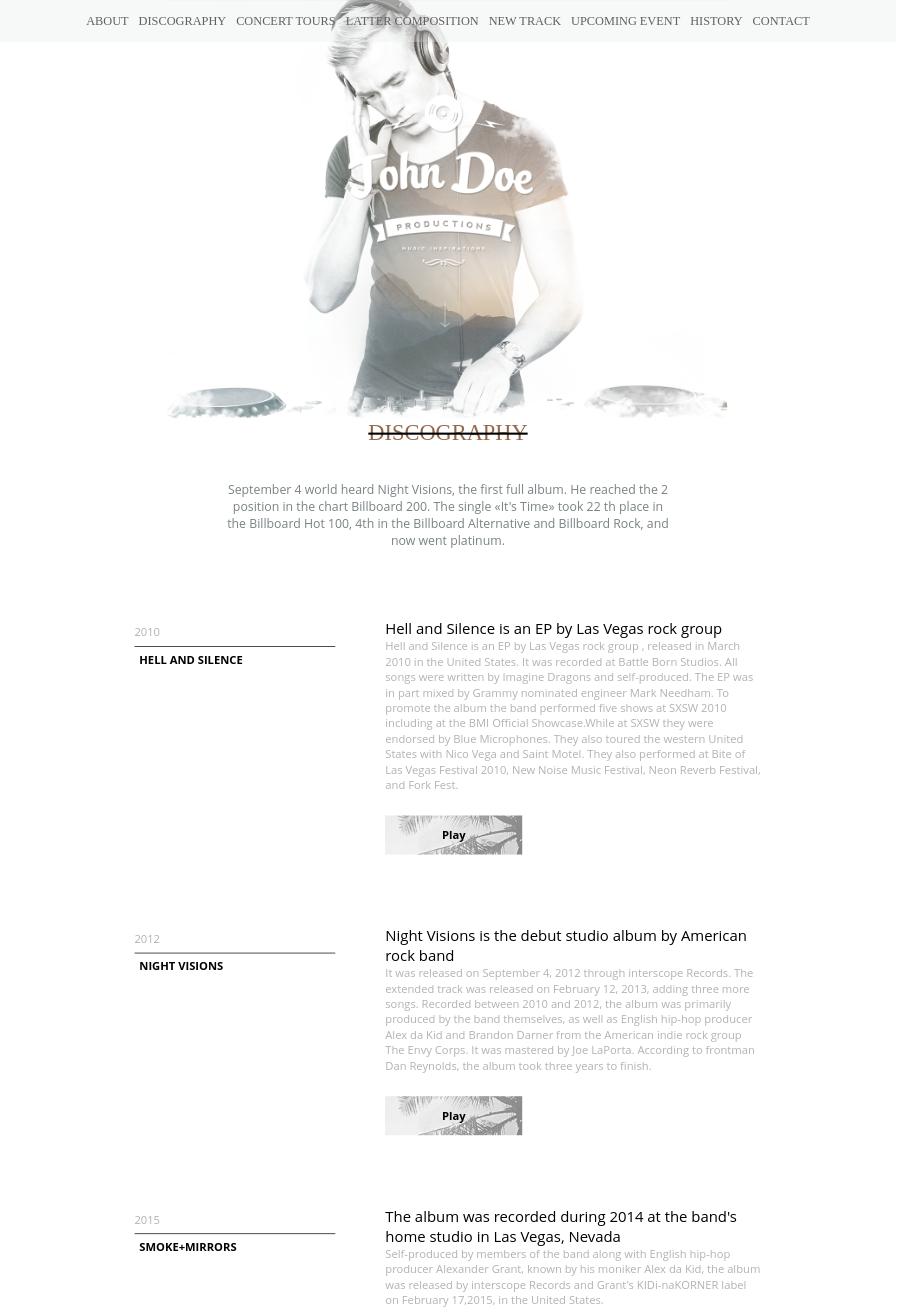
Repository: supsun7/Lab1_Update
Page: index.html
The author's editor kept a record of every edit. The page is drawn from the files as they stood at one moment, then again after the next edit.
The browser window is 1280 px wide. The page is 1282 px wide, then 1280 px, then 1282 px, so the pictures cover 1282 px, including what lies to the right of the window. The pictures show the part of the page from y = 0 to 1880 px (the page is 9707 px tall before and 10247 px after), at 70% of full size.
Some web fonts or font styles are not loaded; a fallback is used. Some web libraries are served in a nearby version.

Above is the page before.

After the next edit:
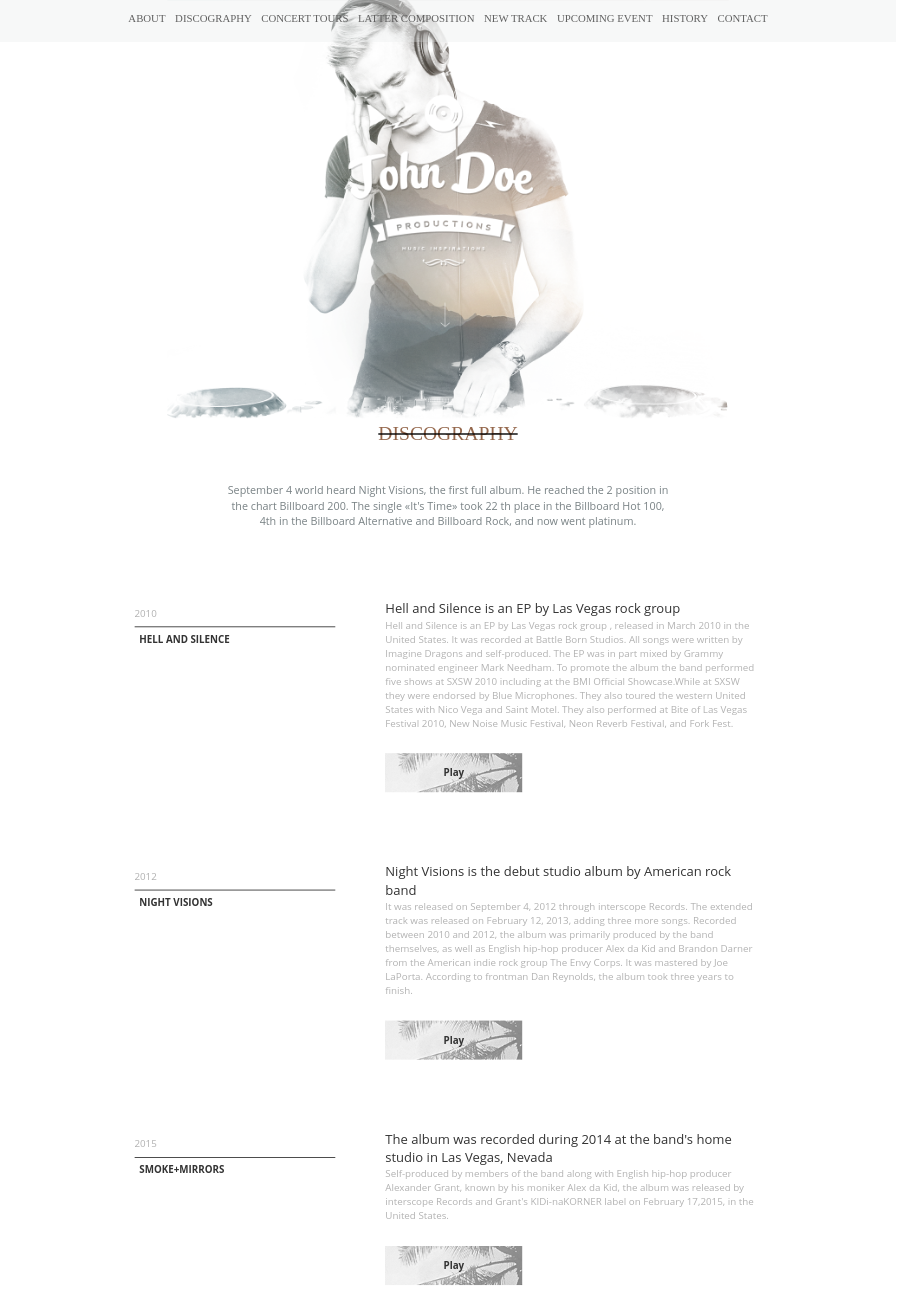
Not found: style.css
The edit:
--- a/index.html
+++ b/index.html
@@ -3,6 +3,18 @@
 <head>
     <meta charset="UTF-8">
     <title>Document</title>
+        <meta http-equiv="X-UA-Compatible" content="IE=edge">
+    <meta name="viewport" content="width=device-width, initial-scale=1">
+       <script src="//ajax.googleapis.com/ajax/libs/jquery/3.1.0/jquery.min.js"></script>
+<!-- Latest compiled and minified CSS -->
+<link rel="stylesheet" href="//netdna.bootstrapcdn.com/bootstrap/3.3.2/css/bootstrap.min.css">
+
+<!-- Optional theme -->
+<link rel="stylesheet" href="//netdna.bootstrapcdn.com/bootstrap/3.3.2/css/bootstrap-theme.min.css">
+
+<!-- Latest compiled and minified JavaScript -->
+<script src="//netdna.bootstrapcdn.com/bootstrap/3.3.2/js/bootstrap.min.js"></script>
+<link rel="stylesheet" href="style.css">
 
 </head>
 <body>

After the 3 edits that followed:
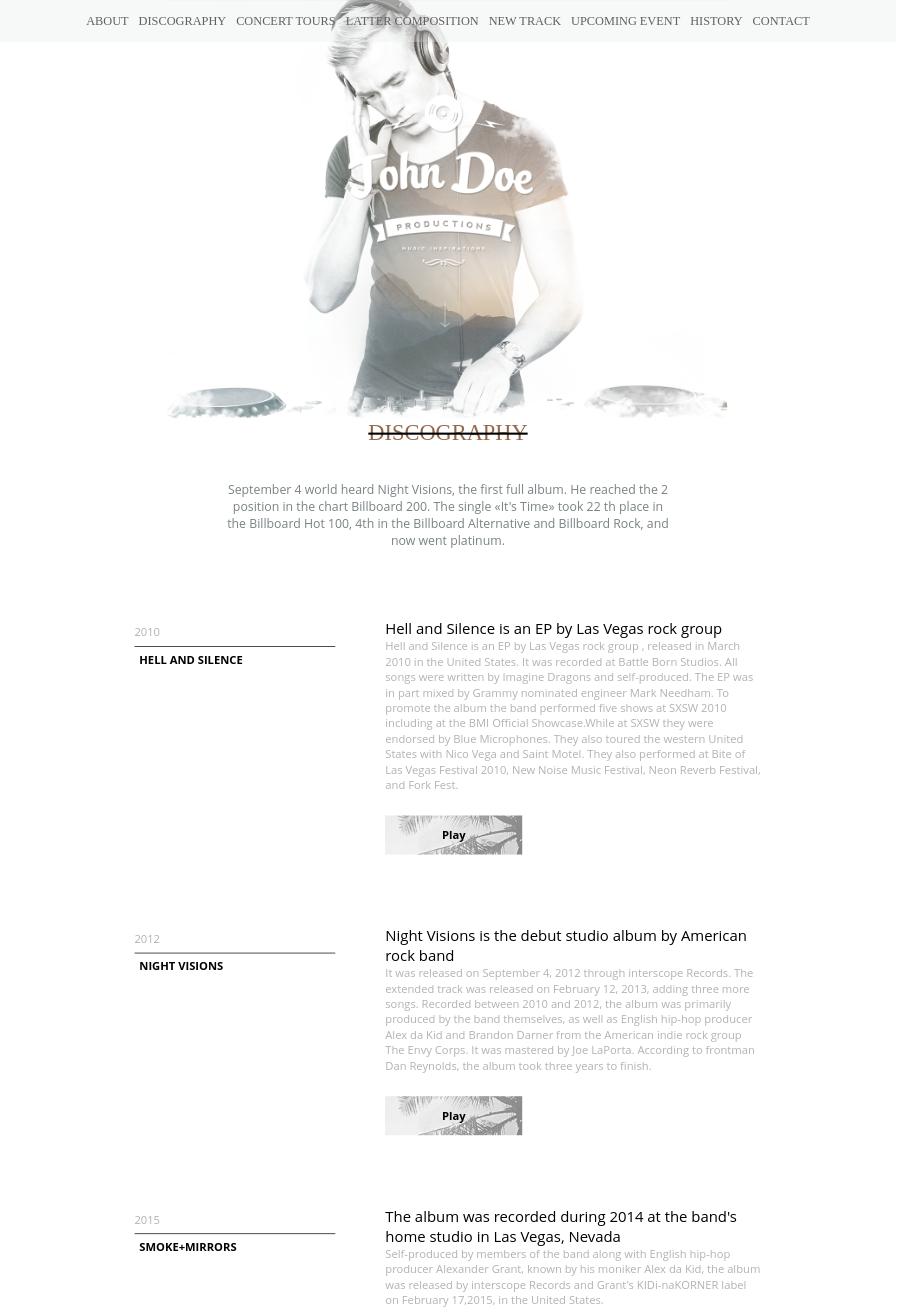
The 3 edits are shown as one change because 2 left the picture as it was.
The edit:
--- a/index.html
+++ b/index.html
@@ -5,16 +5,6 @@
     <title>Document</title>
         <meta http-equiv="X-UA-Compatible" content="IE=edge">
     <meta name="viewport" content="width=device-width, initial-scale=1">
-       <script src="//ajax.googleapis.com/ajax/libs/jquery/3.1.0/jquery.min.js"></script>
-<!-- Latest compiled and minified CSS -->
-<link rel="stylesheet" href="//netdna.bootstrapcdn.com/bootstrap/3.3.2/css/bootstrap.min.css">
-
-<!-- Optional theme -->
-<link rel="stylesheet" href="//netdna.bootstrapcdn.com/bootstrap/3.3.2/css/bootstrap-theme.min.css">
-
-<!-- Latest compiled and minified JavaScript -->
-<script src="//netdna.bootstrapcdn.com/bootstrap/3.3.2/js/bootstrap.min.js"></script>
-<link rel="stylesheet" href="style.css">
 
 </head>
 <body>
@@ -39,7 +29,8 @@
                 September 4 world heard Night Visions, the first full album. He reached the 2 position in the chart Billboard 200. The single «It's Time» took 22 th place in the Billboard Hot 100, 4th in the Billboard Alternative and Billboard Rock, and now went platinum.
             </div>
         </div>
-        <div class="disks">
+
+        <div class=" disks">
             <div class="disk">
                 <div class="date_and_name">
                     <div class="disk_date">
@@ -341,7 +332,7 @@
                 </div>
             </div>
         </div>
-    </div>
+
     <div class="albums2">
         <div class="album">
             <div class="date_and_name album_dan">
